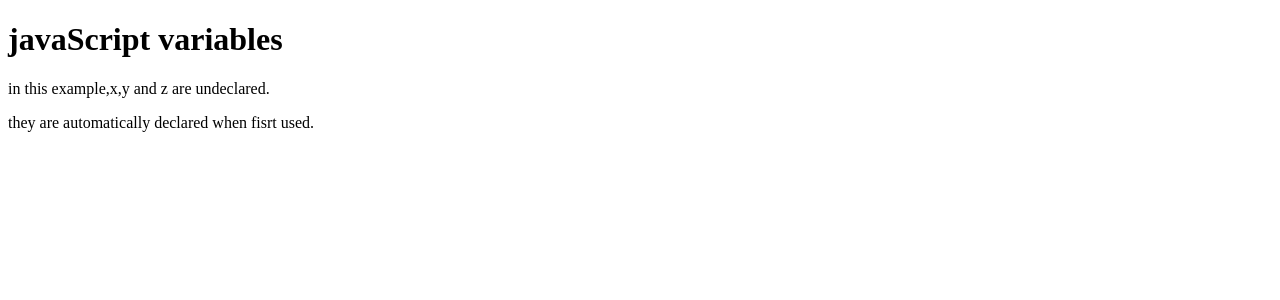
Repository: TUTJAL/my-website
Page: index.html
An editor plug-in stored every save of this project. The page is shown before and after a run of saves, followed by the edit.
The browser window is 1280 px wide. The pictures show the whole page.

Above is the page before, as saved 2024-06-11 13:46:38.

After the next 3 saves:
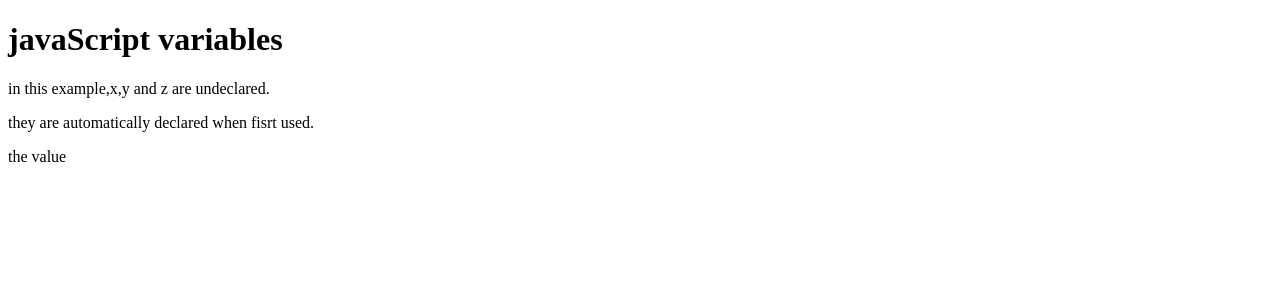
The 3 saves are shown as one change because they came seconds apart.
The last was saved 15 s later.
--- a/index.html
+++ b/index.html
@@ -15,7 +15,7 @@
         x=5;
         y=6;
         z=x+y;
-        document.getElementById("demo").innerHTML=""
+        document.getElementById("demo").innerHTML="the value"
     </script>
 
 </body>
